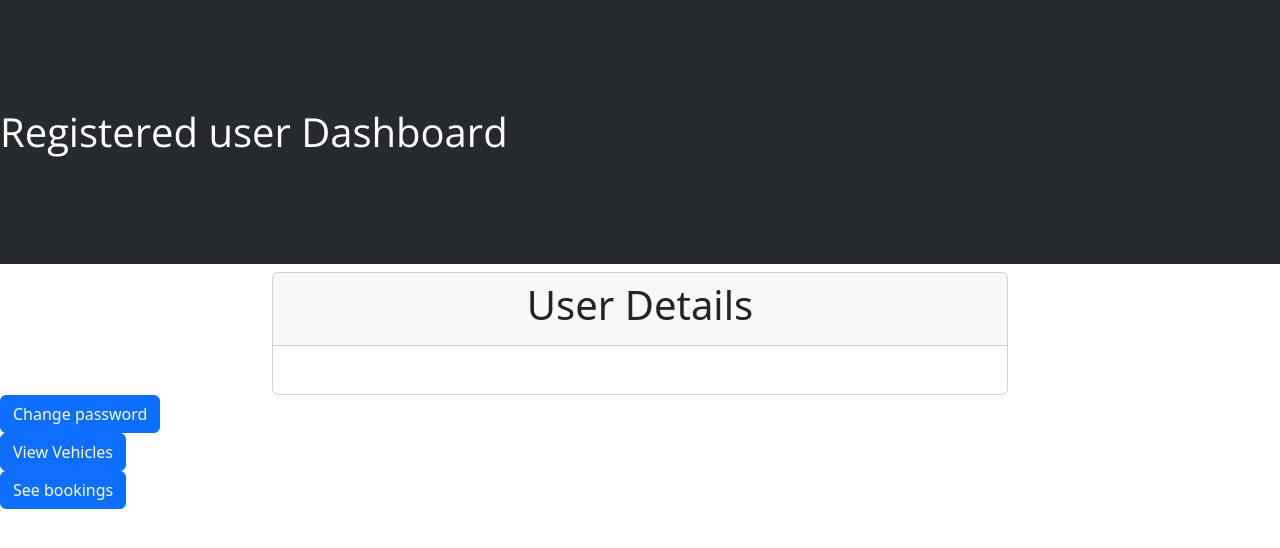
Repository: VimashaVishvani/VehicleRental
Page: http://localhost/Vehicle_rentalDb/registeredUser.jsp
The author's editor kept a copy of each file at every save. The page is drawn from the files as they stood at one save, then again after the next save.
The browser window is 1280 px wide. The pictures show the whole page.
The page is served by Tomcat 9.

Above is the page before, as saved 2024-05-12 09:26:46.

After the next save:
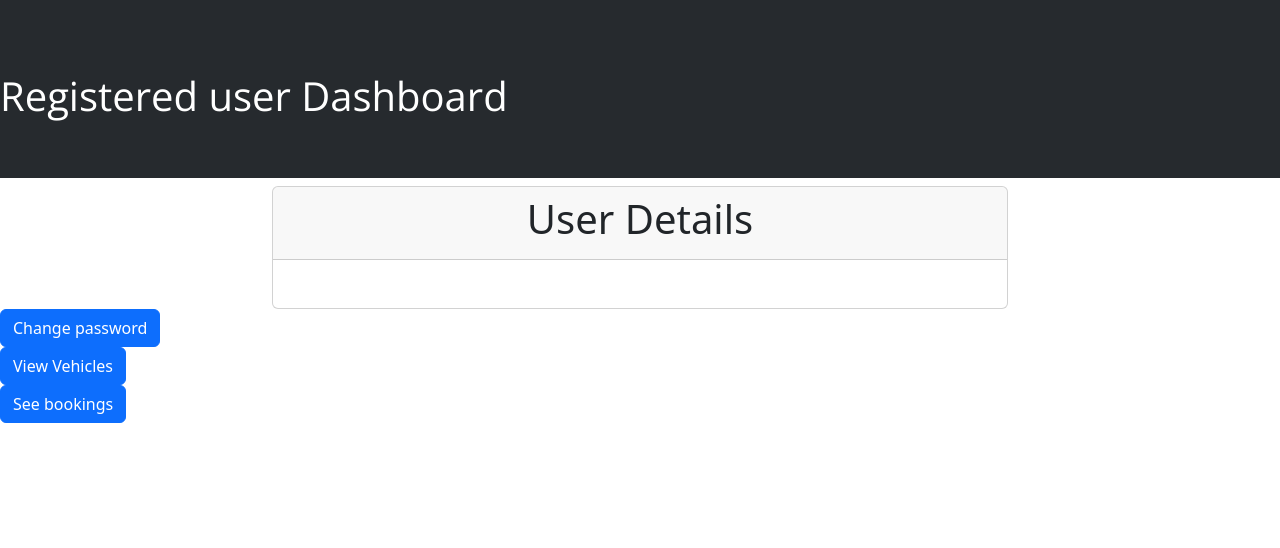
Saved 13 s later.
--- a/Vehicle_rentalDb/src/main/webapp/registeredUser.jsp
+++ b/Vehicle_rentalDb/src/main/webapp/registeredUser.jsp
@@ -7,8 +7,8 @@
 
 <style>
 	.dashboard{
-	padding-top:15vh;
-	padding-bottom:15vh;
+	padding-top:10vh;
+	padding-bottom:8vh;
     background-color:#262A2E; /* Pale background color */
     font-family: 'Open Sans', sans-serif; /* Use Open Sans font */
     color: #ffffff; /* White text color */
